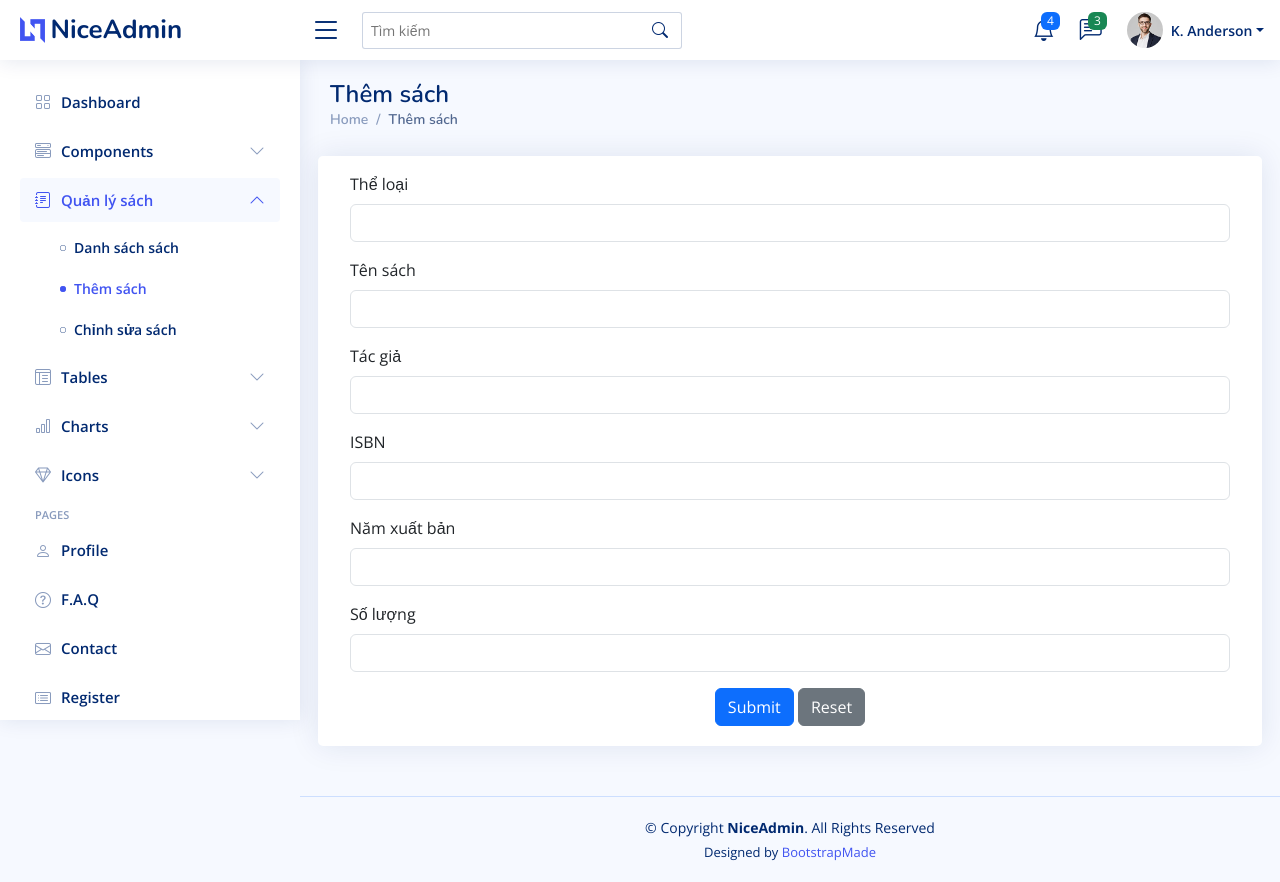
Repository: Hoainam7895123/library_manager
Page: http://localhost/library_manager/editBook.jsp
An editor plug-in stored every save of this project. The page is shown before and after the next save, followed by the edit.
The browser window is 1280 px wide. The pictures show the whole page.
The page is served by Tomcat 9. The template is opened directly, without the code that normally fills it, so the values that code supplies are empty.

Above is the page before, as saved 2024-06-17 02:18:14.

After the next save:
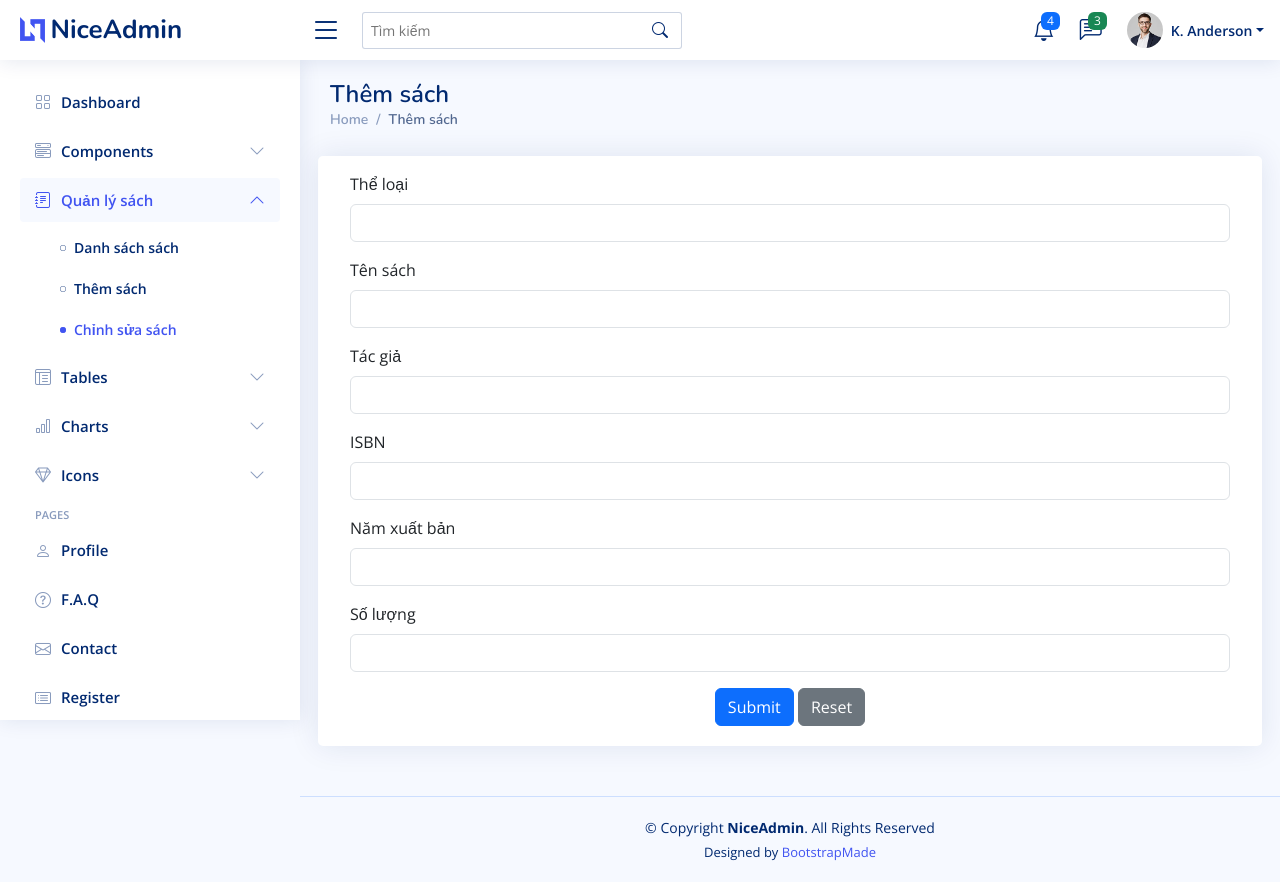
Saved 10 s later.
--- a/library_manager/src/main/webapp/editBook.jsp
+++ b/library_manager/src/main/webapp/editBook.jsp
@@ -364,12 +364,12 @@
             </a>
           </li>
           <li>
-            <a href="forms-layouts.html" class="active">
+            <a href="forms-layouts.html" >
               <i class="bi bi-circle"></i><span>Thêm sách</span>
             </a>
           </li>
           <li>
-            <a href="forms-editors.html">
+            <a href="forms-editors.html" class="active">
               <i class="bi bi-circle"></i><span>Chỉnh sửa sách</span>
             </a>
           </li>
